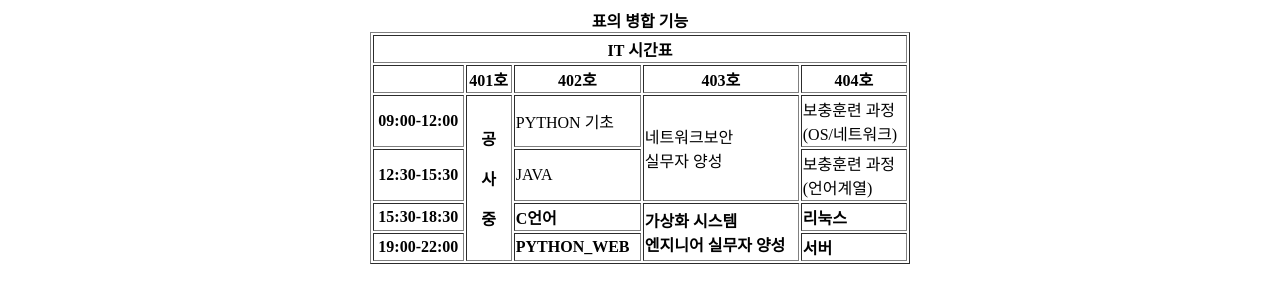
Repository: thswlsqls/JspWorkspace
Page: html/quiz_time.html
An editor plug-in stored every save of this project. The page is shown before and after the next save, followed by the edit.
The browser window is 1280 px wide. The pictures show the whole page.

Above is the page before, as saved 2021-04-09 08:54:21.

### html/quiz_time.html
<!DOCTYPE html>
<html>
<head>
<meta charset="UTF-8">
<title>Insert title here</title>
</head>
<body>
	<table border="1" align="center" width="540">
		<caption><b>표의 병합 기능</b></caption>
		<tr>
			<th colspan="5"><b>IT 시간표</b></th>
		</tr>
		<tr>
			<th></th><th>401호</th><th>402호</th><th>403호</th><th>404호</th>
		</tr>
		<tr>
			<th align="center">09:00-12:00</th><th rowspan="4"><p>공</p><p>사</p><p>중</p></th><th align="left"  style="font-weight: 500">PYTHON 기초</th><th rowspan="2" align="left" style="font-weight: 500">네트워크보안<br>실무자 양성</th><th align="left" style="font-weight: 500">보충훈련 과정<br>(OS/네트워크)</th>
		</tr>
		<tr>
			<th align="center">12:30-15:30</th><th align="left" style="font-weight: 500">JAVA</th><th align="left" style="font-weight: 500">보충훈련 과정<br>(언어계열)</th>
		</tr>
		<tr>
			<th align="center">15:30-18:30</th><th align="left">C언어</th><th rowspan="2" align="left">가상화 시스템<br>엔지니어 실무자 양성</th><th align="left">리눅스</th>
		</tr>
		<tr>
			<th align="center">19:00-22:00</th><th align="left">PYTHON_WEB</th><th align="left">서버</th>
		</tr>
	</table>
</body>
</html>

After the next save:
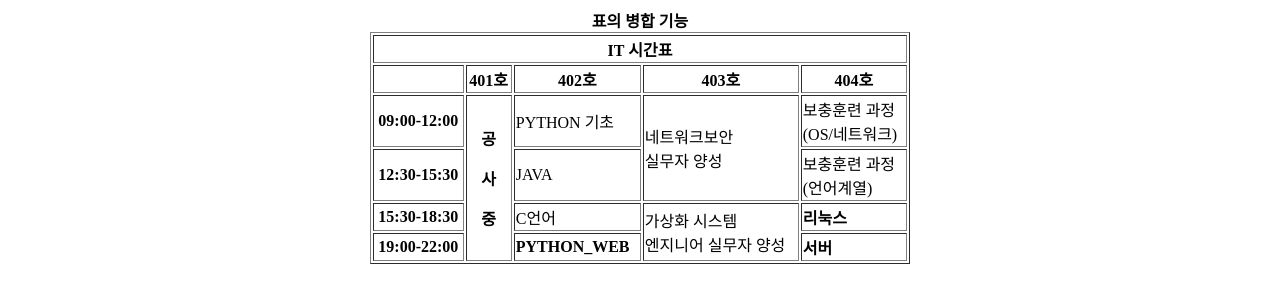
Saved 17 s later.
--- a/html/quiz_time.html
+++ b/html/quiz_time.html
@@ -20,7 +20,7 @@
 			<th align="center">12:30-15:30</th><th align="left" style="font-weight: 500">JAVA</th><th align="left" style="font-weight: 500">보충훈련 과정<br>(언어계열)</th>
 		</tr>
 		<tr>
-			<th align="center">15:30-18:30</th><th align="left">C언어</th><th rowspan="2" align="left">가상화 시스템<br>엔지니어 실무자 양성</th><th align="left">리눅스</th>
+			<th align="center">15:30-18:30</th><th align="left" style="font-weight: 500">C언어</th><th rowspan="2" align="left" style="font-weight: 500">가상화 시스템<br>엔지니어 실무자 양성</th><th align="left">리눅스</th>
 		</tr>
 		<tr>
 			<th align="center">19:00-22:00</th><th align="left">PYTHON_WEB</th><th align="left">서버</th>
